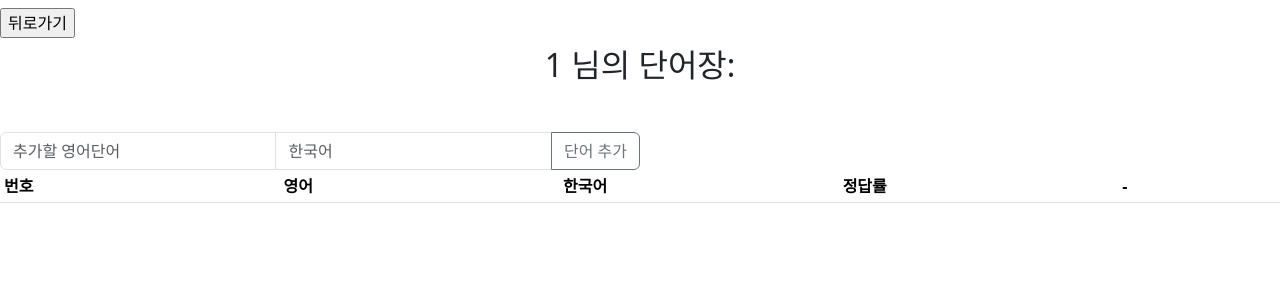
Repository: kokoko12334/myvocab-toy
Page: http://localhost/myVocabularyList/detail
An editor plug-in stored every save of this project. The page is shown before and after the next save, followed by the edit.
The browser window is 1280 px wide. The pictures show the whole page.
The page is served by Tomcat 9. The session is filled in as if someone had signed in: {"id": 1, "pwd": 1, "list": 1}. Queries for data that is not in the repository find no rows.

Above is the page before, as saved 2023-04-07 12:43:42.

After the next save:
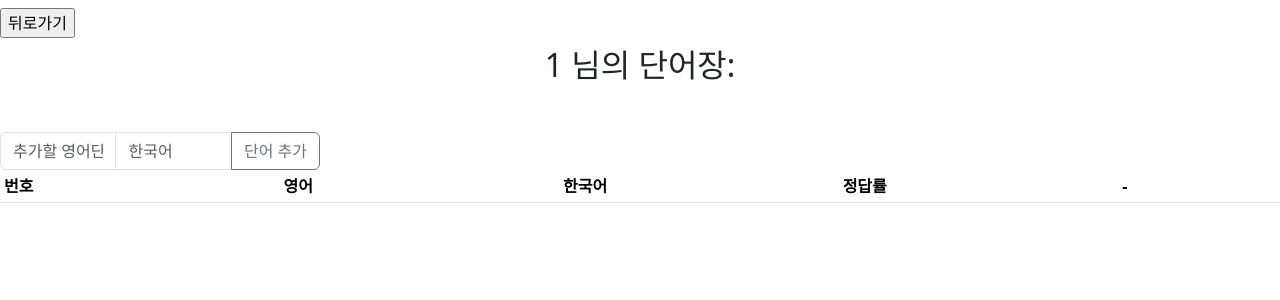
Saved 49 s later.
--- a/myVocabularyList/src/main/webapp/WEB-INF/views/myvocabulary/detail.jsp
+++ b/myVocabularyList/src/main/webapp/WEB-INF/views/myvocabulary/detail.jsp
@@ -24,7 +24,7 @@
 
 
  <div class = "my-5">
-	<form class="form-inline w-50" action = "/addword" method = "post">
+	<form class="form-inline w-25" action = "/addword" method = "post">
 		<div class="input-group">
 			<input type = text name = "english" placeholder = "추가할 영어단어" aria-label="First name" class="form-control">
 			<input type = text name = "korean" placeholder = "한국어" aria-label="Last name" class="form-control">
